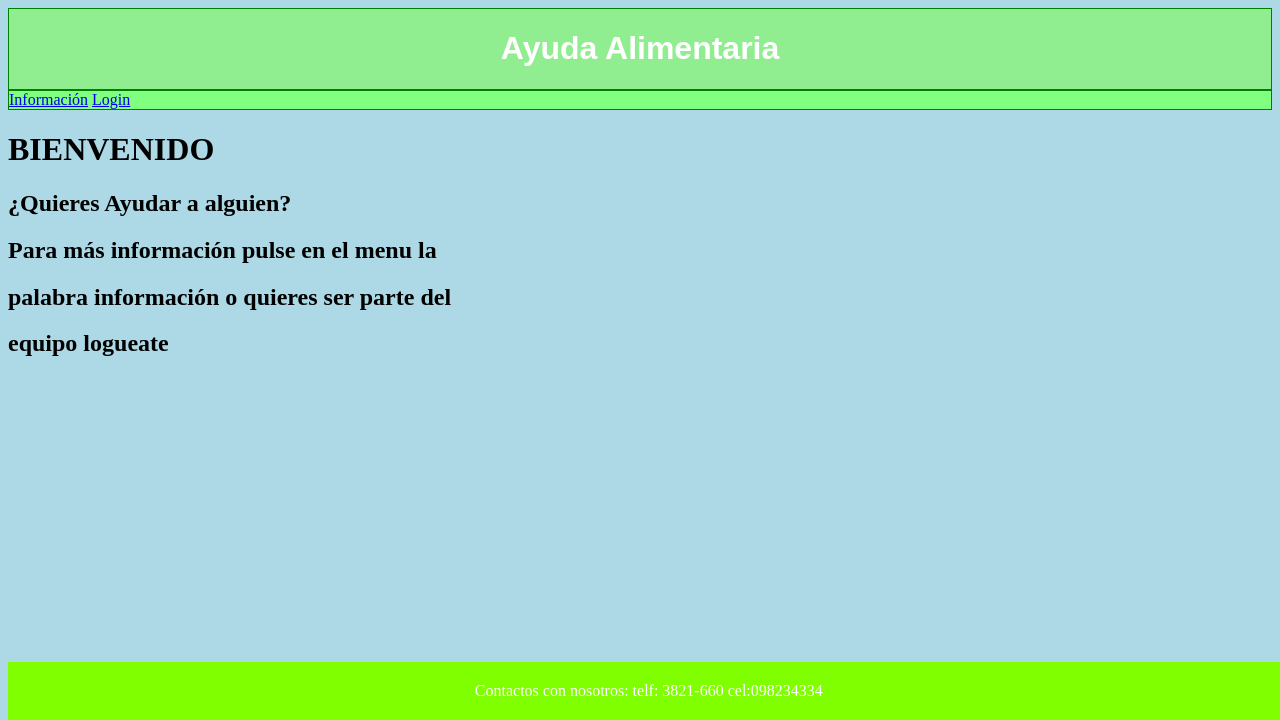
Repository: sonicspeed1/examen1_codigo_bryansantillan
Page: http://localhost/examen_1_bryan_santillan/home.jsp
These files come from the project's save history. The page is drawn as it stood at one moment and after the next save; the edit follows.
The browser window is 1280 px wide. The pictures show the whole page.
The page is served by Tomcat 9.

Above is the page before, as saved 2024-05-29 04:48:24.

After the next save:
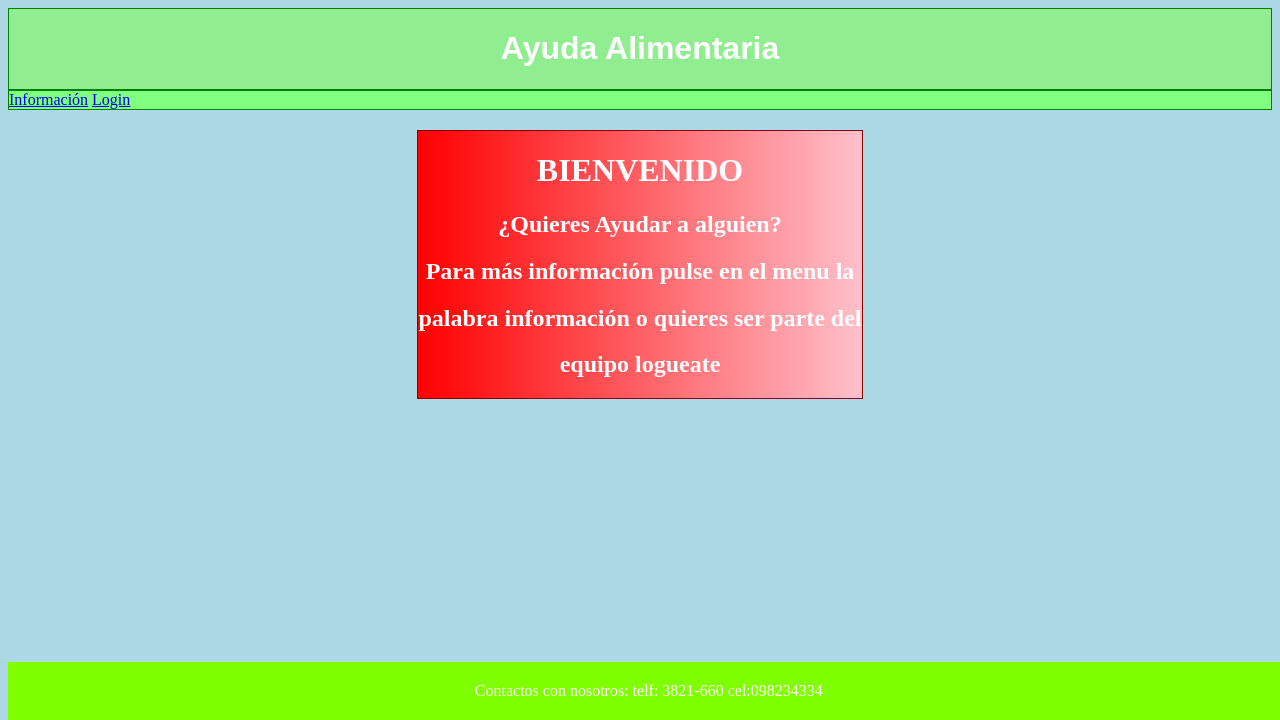
Saved 98 s later.
--- a/examen_1_bryan_santillan/src/main/webapp/home.jsp
+++ b/examen_1_bryan_santillan/src/main/webapp/home.jsp
@@ -17,8 +17,9 @@
 <li class="item"><a href="Login.jsp">Login</a></li>
 </ul>
 </nav>
-<div class="container2">
- <h1>BIENVENIDO</h1>
+<div class="container">
+<div class="cuadro3">
+<h1>BIENVENIDO</h1>
  <h2>
  ¿Quieres Ayudar a alguien?
  </h2>
@@ -26,6 +27,8 @@
  <h2> palabra información o quieres ser parte del</h2>
 <h2>  equipo logueate</h2>
 </div>
+
+</div>
 <footer class="footer"> Contactos con nosotros: telf: 3821-660 cel:098234334</footer>
 </body>
 </html>
